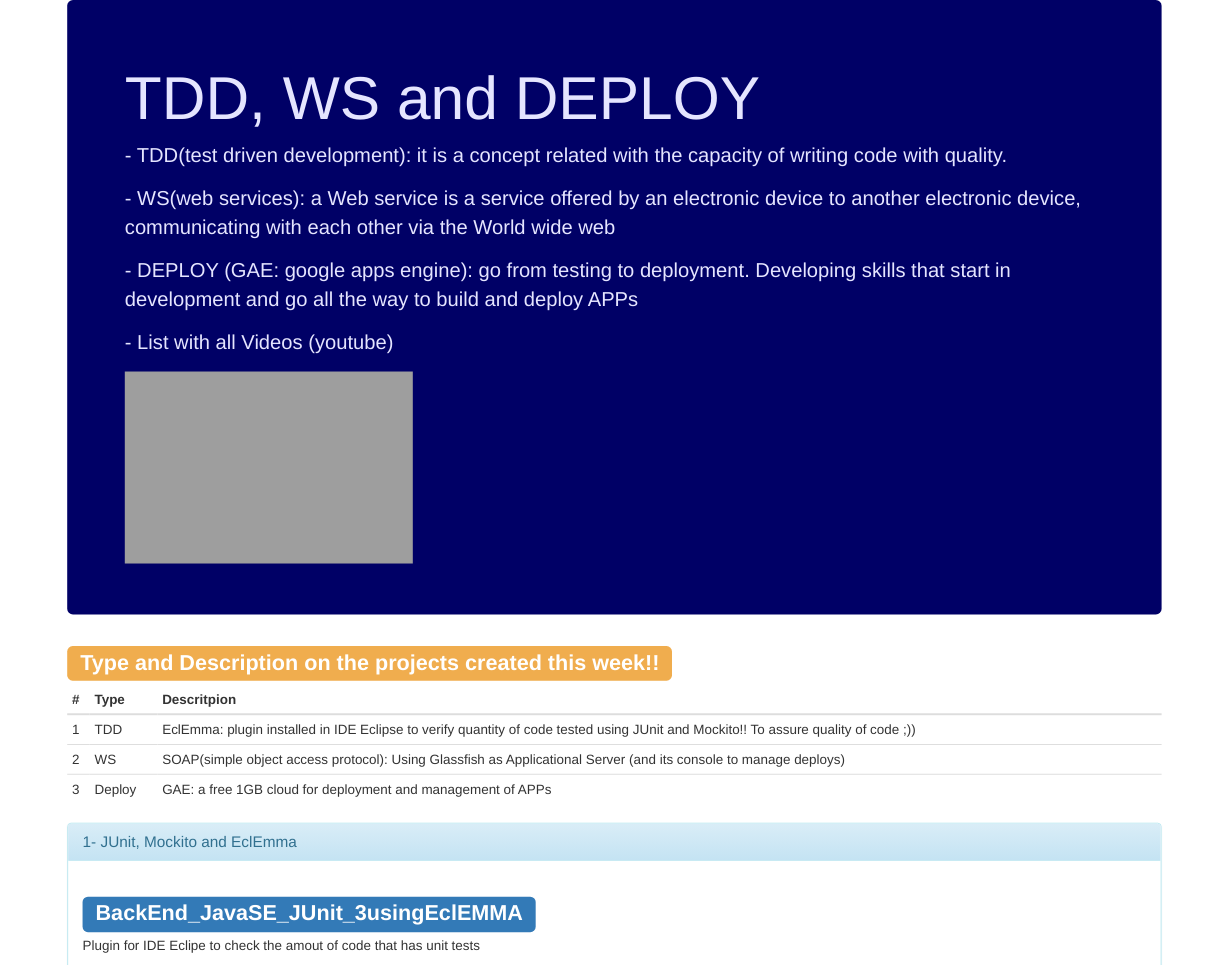
Repository: atafs/Deploy_GoogleAppEngine_webAPPS
Page: Project_001_Deploy_americotomasLIB/war/index.html
The author's editor kept a copy of each file at every save. The page is drawn from the files as they stood at one save, then again after the next save.
The browser window is 1280 px wide. The pictures show the part of the page from y = 0 to 1005 px (the page is 3607 px tall), at 96% of full size.
Pictures or frames that could not be fetched are drawn as grey boxes.

Above is the page before, as saved 2016-01-29 10:03:50.
Console error (its wording comes from the project's code and is left out).

### Project_001_Deploy_americotomasLIB/war/index.html
<!DOCTYPE html>
<html lang="en">
<head>
<meta charset="utf-8">
<meta http-equiv="X-UA-Compatible" content="IE=edge">
<meta name="viewport" content="width=device-width, initial-scale=1">
<!-- The above 3 meta tags *must* come first in the head; any other head content must come *after* these tags -->
<meta name="description" content="">
<meta name="author" content="">
<link rel="icon" href="../../favicon.ico">

<title>AmericoTomas Proj</title>

</head>
<body role="document">
	<div class="container theme-showcase" role="main">
		<!-- Main jumbotron for a primary marketing message or call to action -->
		<div style="background-color: #000066; color: #e5e5ff" class="jumbotron">
			<h1>TDD, WS and DEPLOY</h1>
			<p>- TDD(test driven development): it is a concept related with the capacity of writing code with quality.</p>
			<p>- WS(web services): a Web service is a service offered by an electronic device to another electronic device, communicating with each other via the World wide web</p>
			<p>- DEPLOY (GAE: google apps engine): go from testing to deployment. Developing skills that start in development and go all the way to build and deploy APPs</p>

			<p>- List with all Videos (youtube)</p>
			<iframe width="300" height="200" src="https://www.youtube.com/embed/videoseries?list=PLBaNeIDelX0LWugK_EMfT9q_S85-bH_qY" frameborder="0" allowfullscreen></iframe>
		</div>
		<h2>
			<span class="label label-warning">Type and Description on the
				projects created this week!!</span>
		</h2>
		<div class="row-md-6">
			<table class="table table-condensed">
				<thead>
					<tr>
						<th>#</th>
						<th>Type</th>
						<th>Descritpion</th>
					</tr>
				</thead>
				<tbody>
					<tr>
						<td>1</td>
						<td>TDD</td>
						<td>EclEmma: plugin installed in IDE Eclipse to verify quantity of code tested using JUnit and Mockito!! To assure quality of code ;)) </td>
					</tr>
					<tr>
						<td>2</td>
						<td>WS</td>
						<td>SOAP(simple object access protocol): Using Glassfish as Applicational Server (and its console to manage deploys)</td>
					</tr>
					<tr>
						<td>3</td>
						<td>Deploy</td>
						<td>GAE: a free 1GB cloud for deployment and management of APPs</td>
					</tr>
				</tbody>
			</table>
		</div>
		<div class="row"></div>
		<!-- /.col-sm-4 -->
		<div class="row-sm-4">
			<div class="panel panel-info">
				<div class="panel-heading">
					<h3 class="panel-title">1- JUnit, Mockito and EclEmma</h3>
				</div>
				<div class="panel-body">
					<h2>
						<span class="label label-primary" style="color: white;">BackEnd_JavaSE_JUnit_3usingEclEMMA</span>
					</h2>
					<p>Plugin for IDE Eclipe to check the amout of code that has unit tests</p>
					<iframe width="560" height="315" src="https://www.youtube.com/embed/hkk8kWs78kk?list=PLBaNeIDelX0LWugK_EMfT9q_S85-bH_qY" frameborder="0" allowfullscreen></iframe>;
				</div>
			</div>

			<div class="panel panel-info">
				<div class="panel-heading">
					<h3 class="panel-title">2- SOAP(simple object access protocol)</h3>
				</div>
				<div class="panel-body">
					<div>
						<h2>
							<span class="label label-primary" style="color: white;">BackEnd_JAX-WS_SOAP_1GlassFishSERVER</span>
						</h2>
						<p>Console to manage server using GlassFish</p>
						<iframe width="560" height="315" src="https://www.youtube.com/embed/SM-KYOlsO4Q?list=PLBaNeIDelX0LWugK_EMfT9q_S85-bH_qY" frameborder="0" allowfullscreen></iframe>

					</div>
					<div>
						<h2>
							<span class="label label-primary" style="color: white;">BackEnd_JAX-WS_SOAP_2WS calculator</span>
						</h2>
						<p>Web Service of a simple calculator (add and multiply two values)</p>
						<iframe width="560" height="315" src="https://www.youtube.com/embed/gFrGDdWNCAk?list=PLBaNeIDelX0LWugK_EMfT9q_S85-bH_qY" frameborder="0" allowfullscreen></iframe>
					</div>
					<div>
						<h2>
							<span class="label label-primary" style="color: white;">BackEnd_JAX-WS_SOAP_3WS shopInfo</span>
						</h2>
						<p>Web Service getting the information of a Shop and how long it is open</p>
						<iframe width="560" height="315" src="https://www.youtube.com/embed/CRmkTuUwrMc?list=PLBaNeIDelX0LWugK_EMfT9q_S85-bH_qY" frameborder="0" allowfullscreen></iframe>
					</div>
					<div>
						<h2>
							<span class="label label-primary" style="color: white;">BackEnd_JAX-WS_SOAP_4SoapUI plugin </span>
						</h2>
						<p>Plugin for IDE Eclipe to check the request and response of the WS</p>
						<iframe width="560" height="315" src="https://www.youtube.com/embed/w1pn5zysxZE?list=PLBaNeIDelX0LWugK_EMfT9q_S85-bH_qY" frameborder="0" allowfullscreen></iframe>
					</div>
				</div>
			</div>
			<div class="panel panel-info">
				<div class="panel-heading">
					<h3 class="panel-title">3- Deploy using Google Apps Engine</h3>
				</div>
				<div class="panel-body">
					<h2>
						<span class="label label-primary" style="color: white;">Deploy_GoogleAppEngine_webAPPS_1GAE deployAPP </span>
					</h2>
					<p>GAE: how to run and deploy an APP using the google engine</p>
					<iframe width="560" height="315" src="https://www.youtube.com/embed/08jA6HK72pU?list=PLBaNeIDelX0LWugK_EMfT9q_S85-bH_qY" frameborder="0" allowfullscreen></iframe>
				</div>
			</div>
		</div>
	</div>
	<!-- /container -->

	<!-- Latest compiled and minified CSS -->
	<link rel="stylesheet"
		href="https://maxcdn.bootstrapcdn.com/bootstrap/3.3.6/css/bootstrap.min.css"
		integrity="sha384-1q8mTJOASx8j1Au+a5WDVnPi2lkFfwwEAa8hDDdjZlpLegxhjVME1fgjWPGmkzs7"
		crossorigin="anonymous">

	<!-- Optional theme -->
	<link rel="stylesheet"
		href="https://maxcdn.bootstrapcdn.com/bootstrap/3.3.6/css/bootstrap-theme.min.css"
		integrity="sha384-fLW2N01lMqjakBkx3l/M9EahuwpSfeNvV63J5ezn3uZzapT0u7EYsXMjQV+0En5r"
		crossorigin="anonymous">

	<!-- Latest compiled and minified JavaScript -->
	<script
		src="https://maxcdn.bootstrapcdn.com/bootstrap/3.3.6/js/bootstrap.min.js"
		integrity="sha384-0mSbJDEHialfmuBBQP6A4Qrprq5OVfW37PRR3j5ELqxss1yVqOtnepnHVP9aJ7xS"
		crossorigin="anonymous"></script>
</body>
</html>

After the next save:
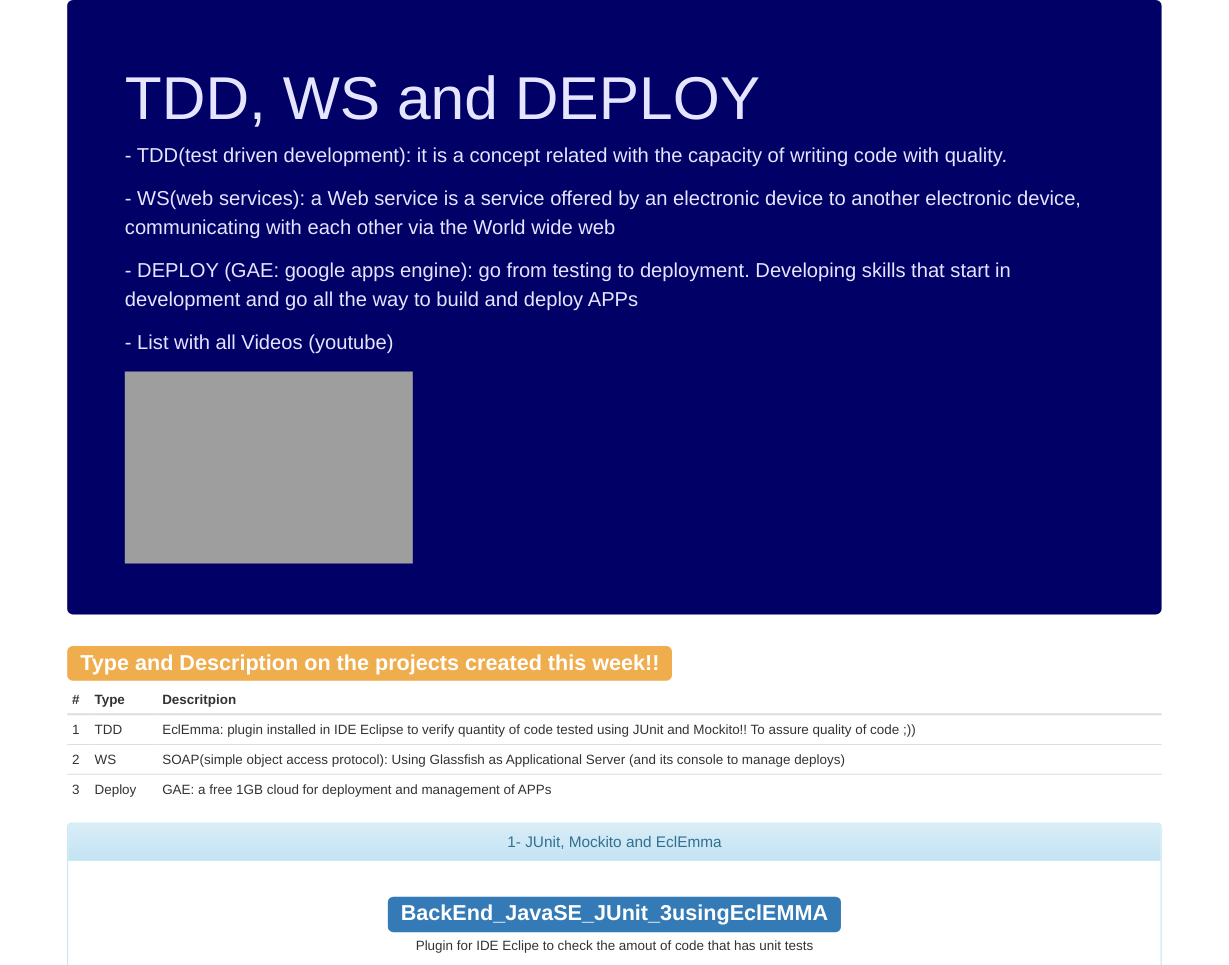
Saved 82 s later.
--- a/Project_001_Deploy_americotomasLIB/war/index.html
+++ b/Project_001_Deploy_americotomasLIB/war/index.html
@@ -59,7 +59,7 @@
 		<div class="row"></div>
 		<!-- /.col-sm-4 -->
 		<div class="row-sm-4">
-			<div class="panel panel-info">
+			<div class="panel panel-info" style="text-align: center">
 				<div class="panel-heading">
 					<h3 class="panel-title">1- JUnit, Mockito and EclEmma</h3>
 				</div>

After the save that followed:
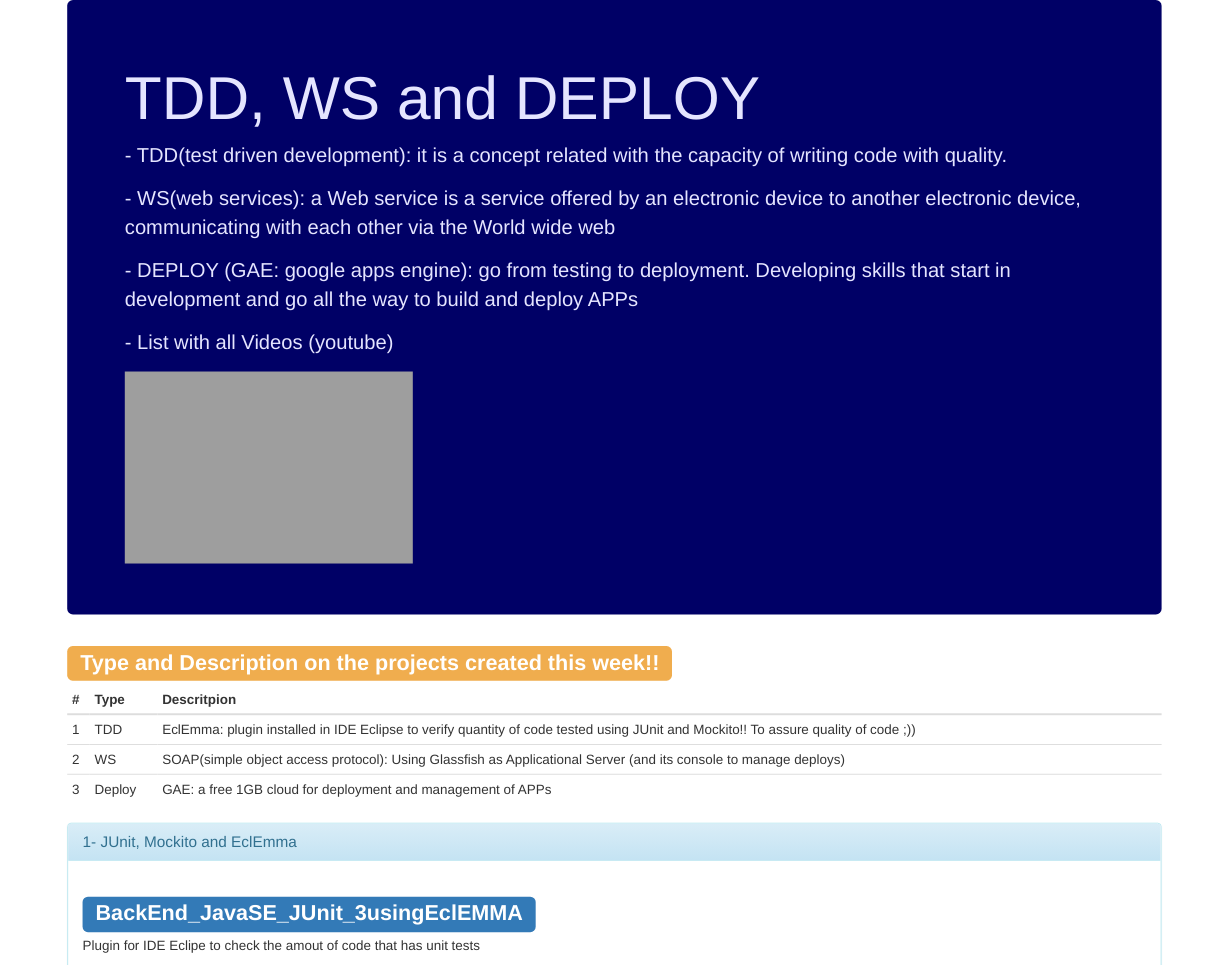
Saved 32 s later.
--- a/Project_001_Deploy_americotomasLIB/war/index.html
+++ b/Project_001_Deploy_americotomasLIB/war/index.html
@@ -59,7 +59,7 @@
 		<div class="row"></div>
 		<!-- /.col-sm-4 -->
 		<div class="row-sm-4">
-			<div class="panel panel-info" style="text-align: center">
+			<div class="panel panel-info">
 				<div class="panel-heading">
 					<h3 class="panel-title">1- JUnit, Mockito and EclEmma</h3>
 				</div>
